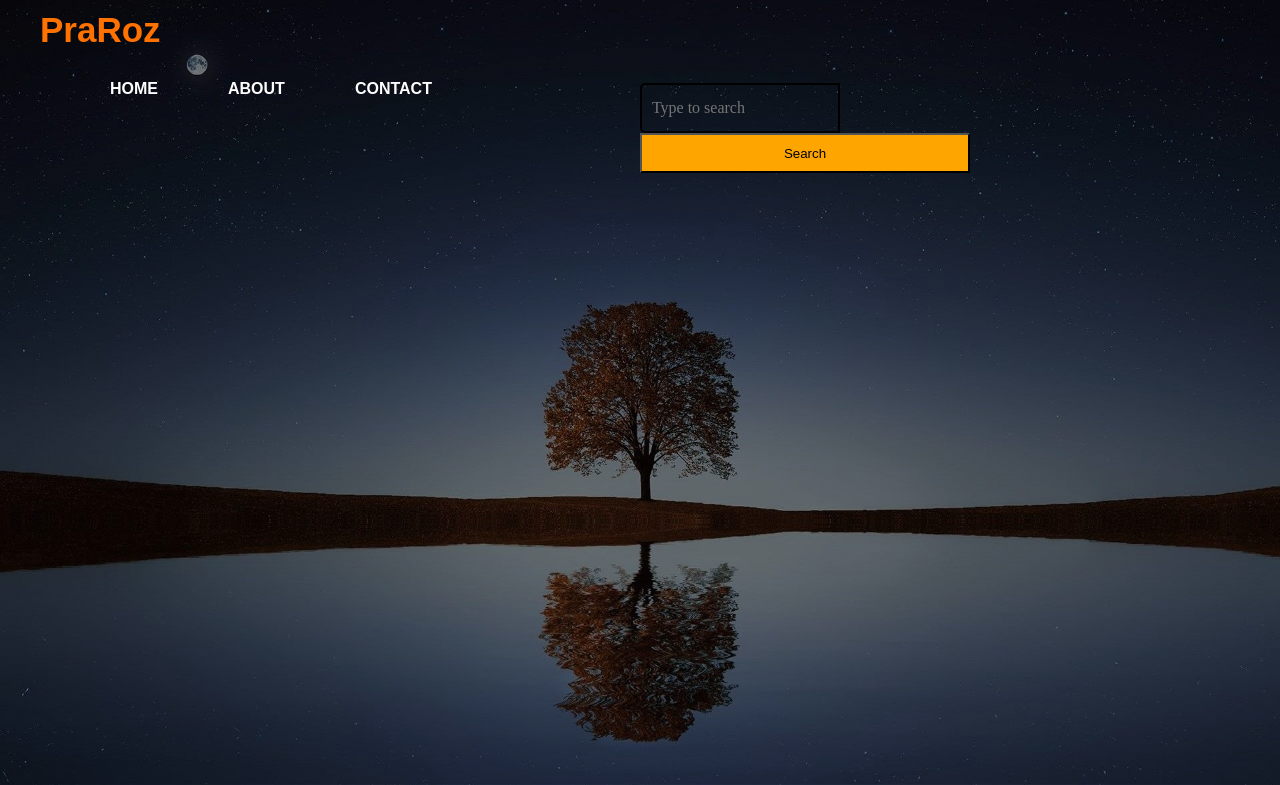
Repository: Cedrqmwesigwa/web-design-course
Page: index.html
These files come from the project's save history. The page is drawn as it stood at one moment and after the next save; the edit follows.
The browser window is 1280 px wide. The pictures show the whole page.

Above is the page before, as saved 2024-04-03 20:12:16.

After the next save:
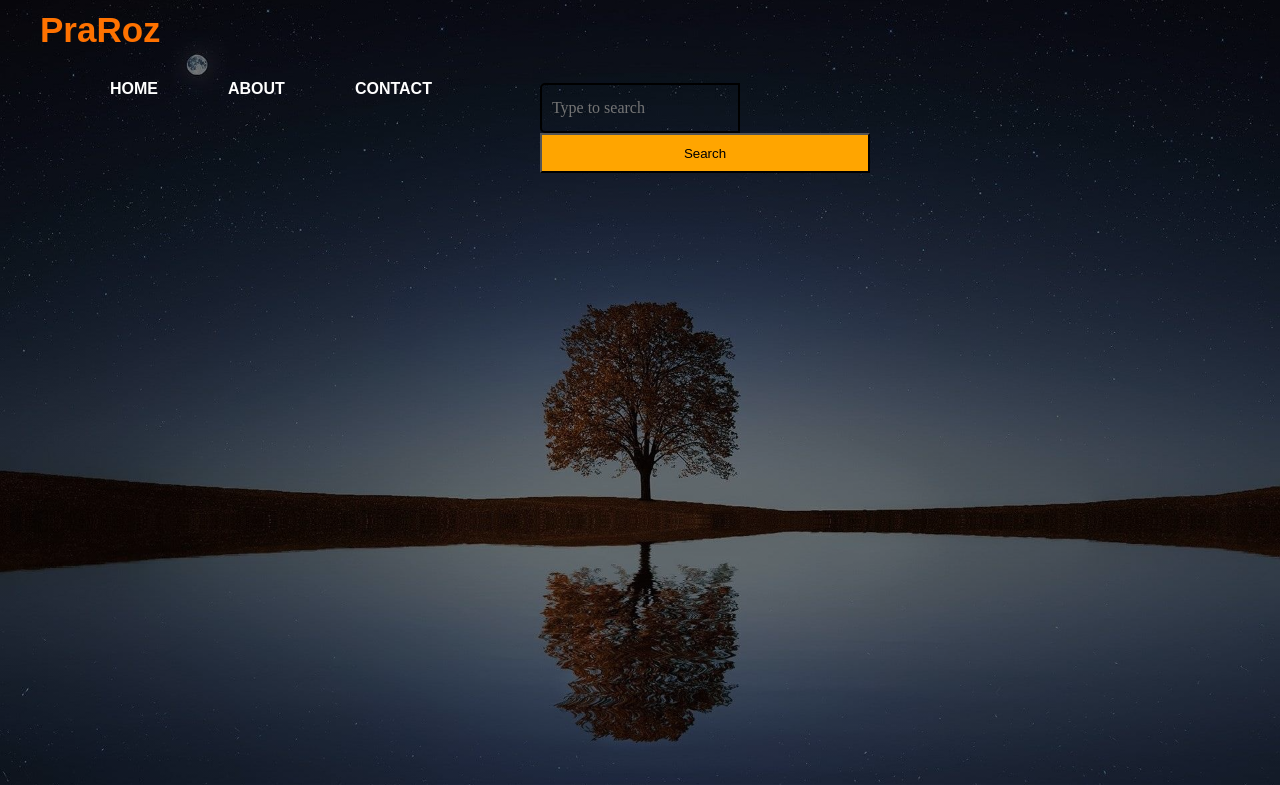
Saved 29 s later.
--- a/style.css
+++ b/style.css
@@ -66,7 +66,7 @@ ul li a:hover{
 .search{
     width: 330px;
     float: left;
-    margin-left: 200px;
+    margin-left: 100px;
 }
 
 .srch{
